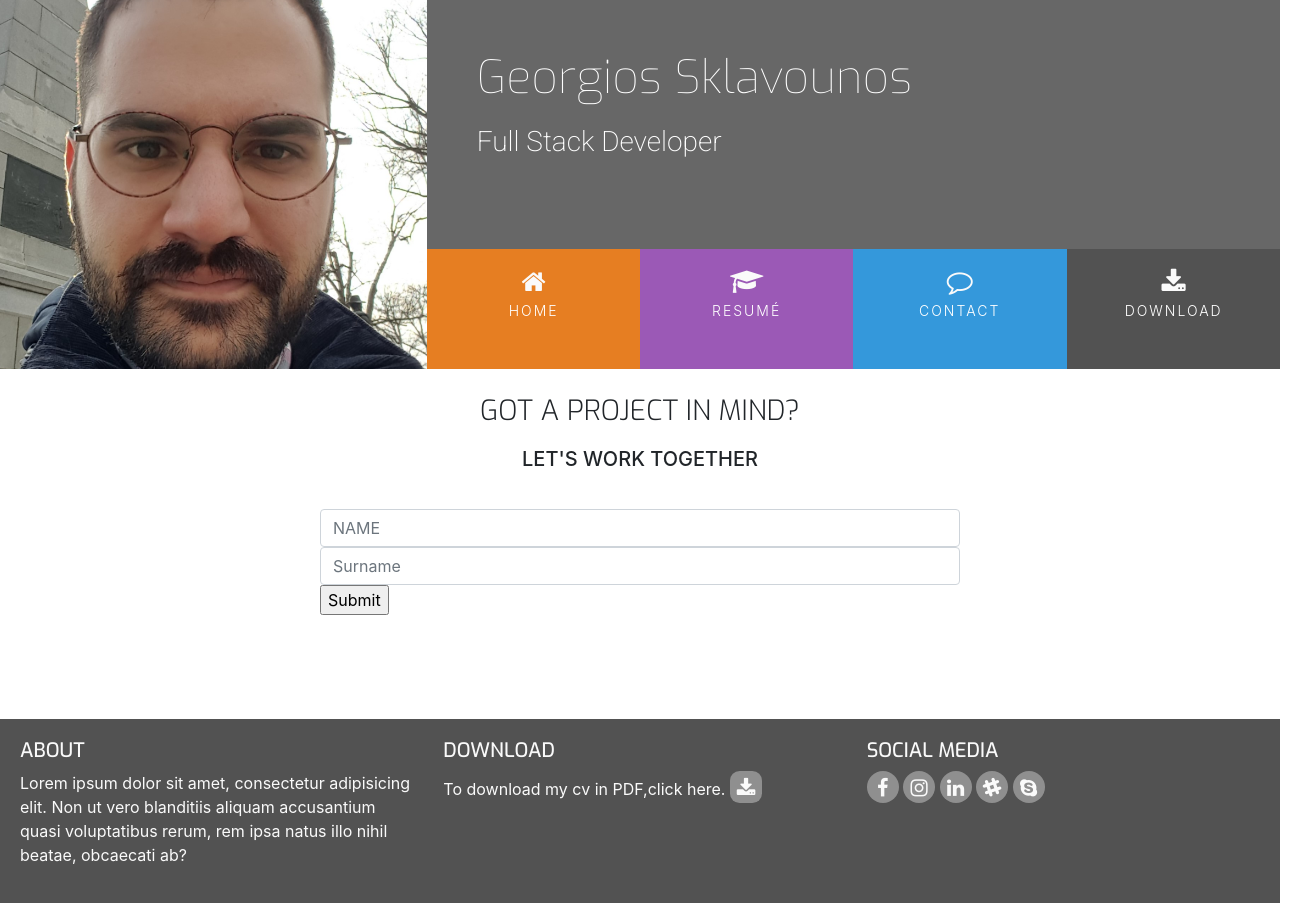
Repository: GeorgiosSklav/MyResume
Page: contact.html
The author's editor kept a record of every edit. The page is drawn from the files as they stood at one moment, then again after the next edit.
The browser window is 1280 px wide. The page is 1295 px wide, so the pictures cover 1295 px, including what lies to the right of the window. The pictures show the whole page.

Above is the page before.

After the next edit:
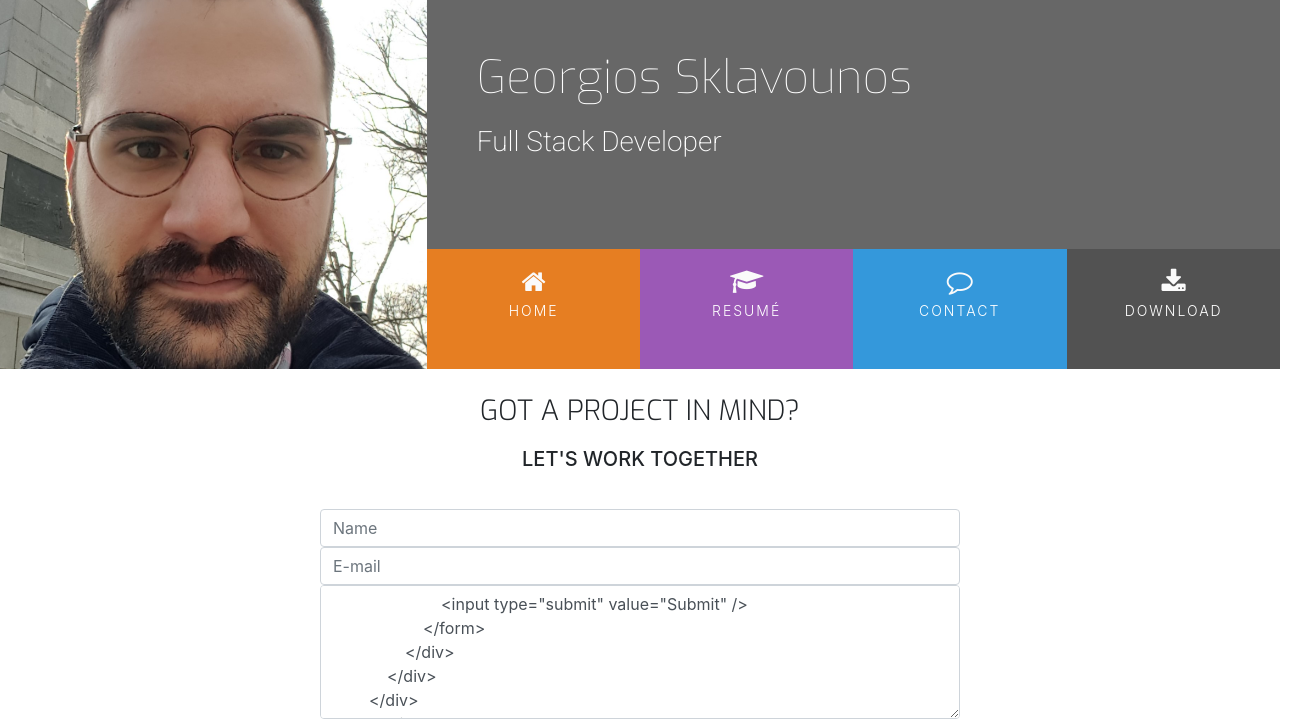
The edit:
--- a/contact.html
+++ b/contact.html
@@ -54,9 +54,11 @@
                 <div class="center-form">
                     <form>
                         <input type="text" name="name" id="fullname" class="form-control"
-                        placeholder="NAME" required/>
-                        <input type="text" name="name" id="fullname" class="form-control"
-                        placeholder="Surname" required/>
+                        placeholder="Name" required/>
+                        <input type="email" name="email" id="emailaddress" class="form-control"
+                        placeholder="E-mail" required/>
+                        <textarea rows="5" name="projectsummary" id="projectsummary" class="form-control"
+                        placeholder="Project decription" required/>
                         <input type="submit" value="Submit" />
                     </form>
                 </div>
